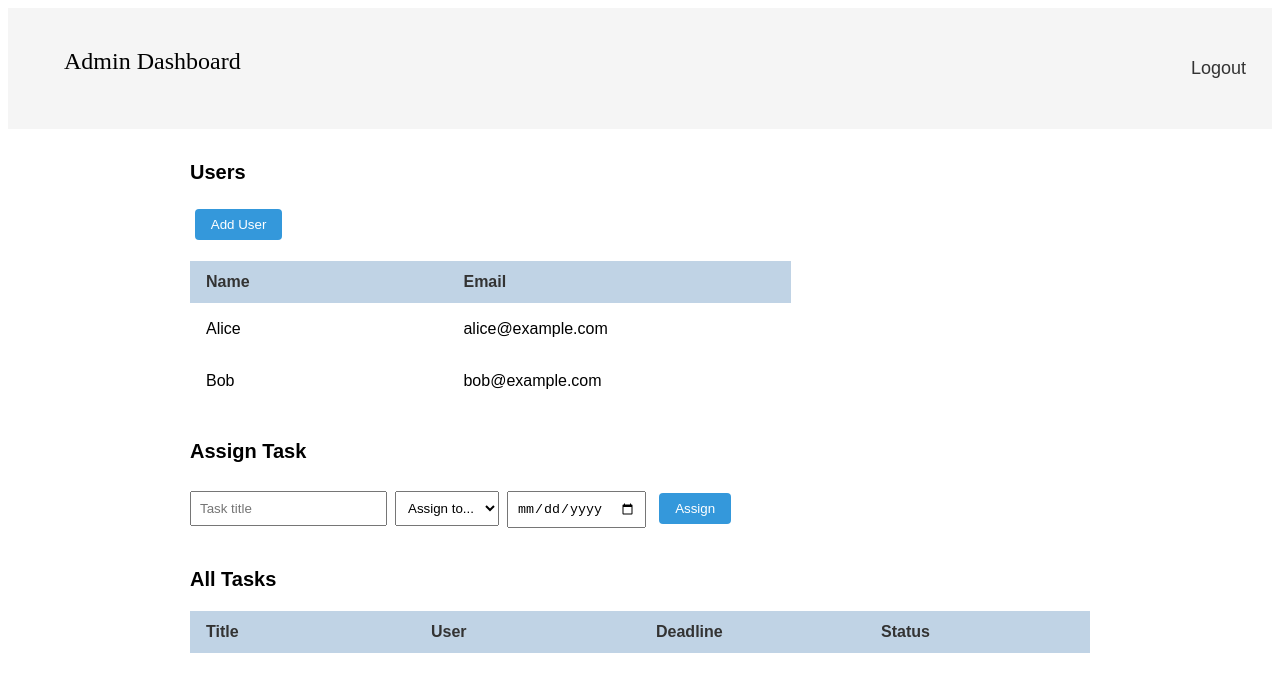
Repository: Edmund-Kiama/todoPHP
Page: /admin (app in task-manager-frontend/)
An editor plug-in stored every save of this project. The page is shown before and after a run of saves, followed by the edit.
The browser window is 1280 px wide. The pictures show the whole page.
The project was rebuilt for these pictures with package versions that can differ from the ones it lists, and the page was loaded fresh each time. Also part of the build but not shown: task-manager-frontend/vite.config.js, task-manager-frontend/src/components/Login/login.css, task-manager-frontend/src/components/Login/Login.vue, task-manager-frontend/src/components/User/UserDashboard.vue.

Above is the page before, as saved 2025-07-12 21:31:37.

After the next 2 saves:
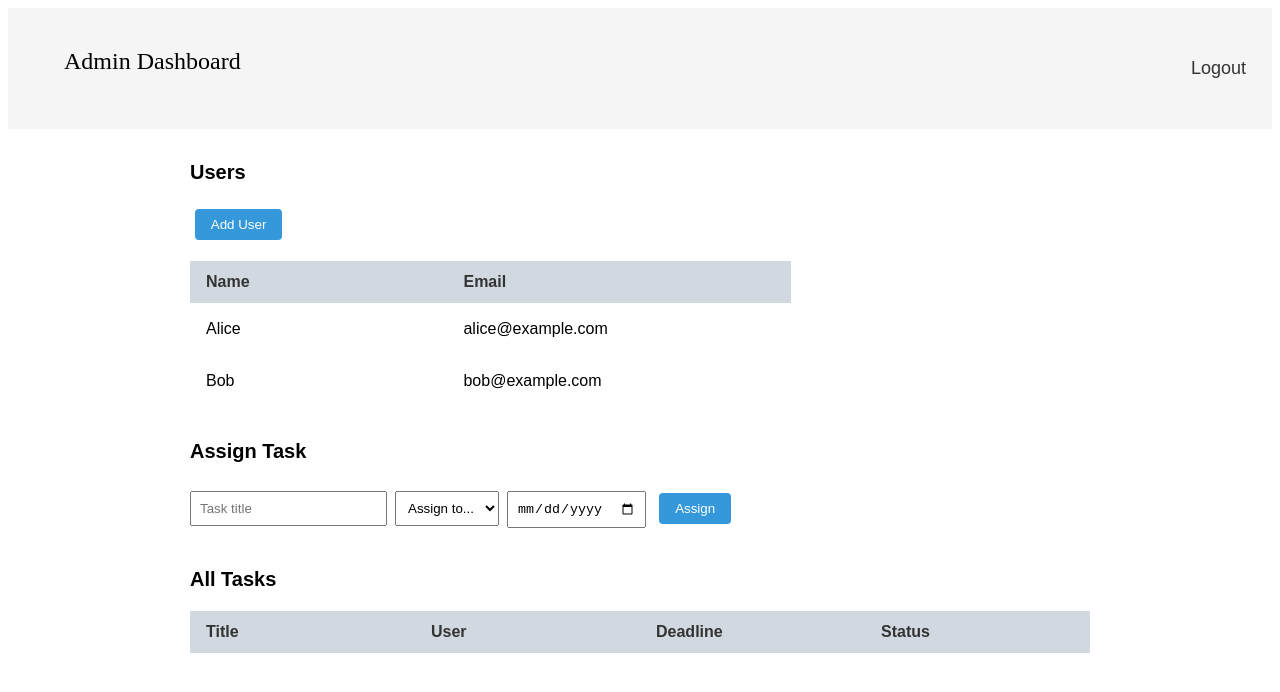
The 2 saves are shown as one change because they came seconds apart.
The last was saved 8 s later.
--- a/task-manager-frontend/src/components/Admin/admin.css
+++ b/task-manager-frontend/src/components/Admin/admin.css
@@ -35,9 +35,8 @@
 }
 
 .admin-dashboard th {
-  background-color: #c0d3e5;
+  background-color: #d1d8df;
   font-weight: bold;
-  width: 100;
   color: #333;
 }
 
